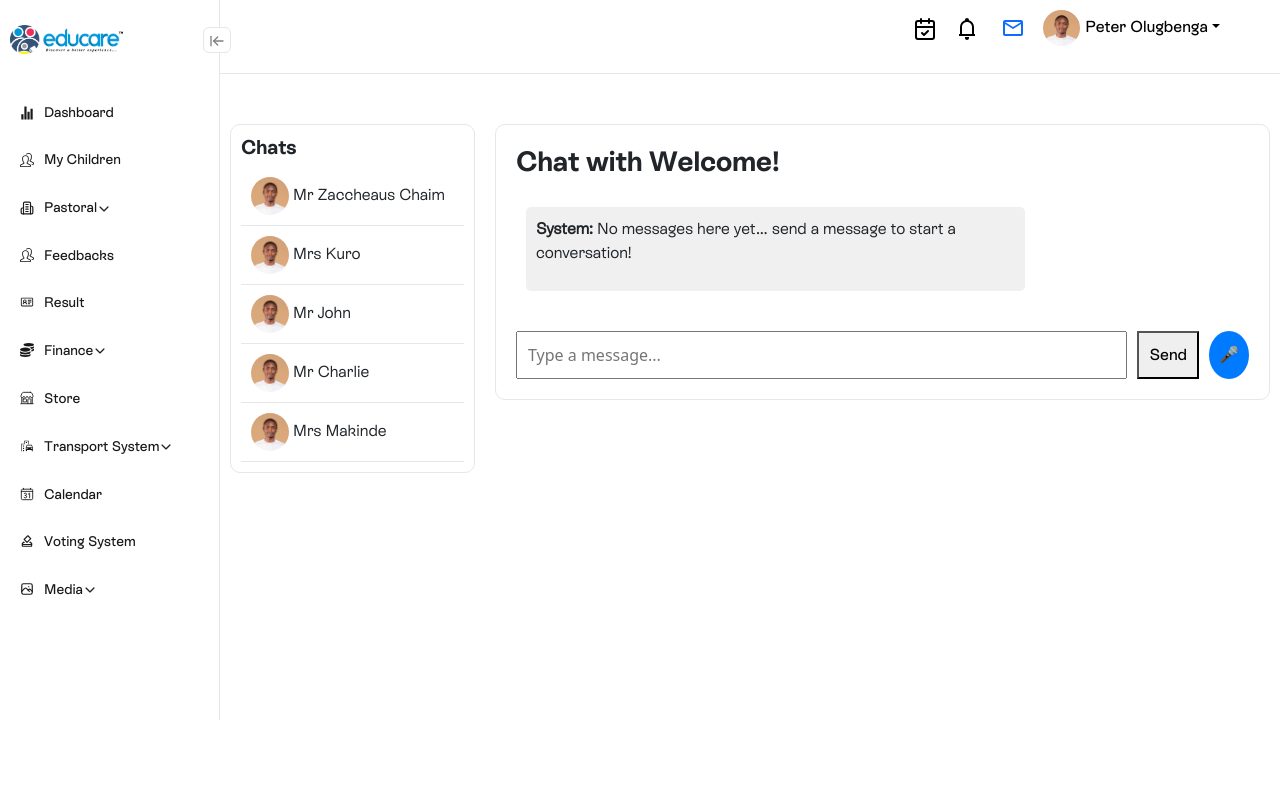
Repository: sarahnnanyelugo/educare-dashboards
Page: /chat-interface
These files come from the project's save history. The page is drawn as it stood at one moment and after a run of saves; the edit follows.
The browser window is 1280 px wide. The pictures show the whole page.
The project was rebuilt for these pictures with package versions that can differ from the ones it lists, and the page was loaded fresh each time. Also part of the build but not shown: src/Dashboards/Parents/Feedbacks/feedbacks.scss, src/components/AppTable/table.scss, src/components/AppTable/AppTable.js, src/Utils/DataUtils.js, src/components/Select/select.scss, src/components/Select/Select.js, src/components/Search/search.scss, src/components/Search/Search.js and 50 more.

Above is the page before, as saved 2024-11-27 12:48:46.

### src/App.js
import logo from "./logo.svg";
import "./App.scss";
import "bootstrap/dist/css/bootstrap.min.css";
import { BrowserRouter, Routes, Route, Link, Outlet } from "react-router-dom";
import { ParentsLayout } from "./Layouts/ParentsLayout";
import { MainNews } from "./pages/NewsPage/MainNews/MainNews";
import { NewsPage } from "./pages/NewsPage/NewsPage";
function App() {
  return (
    <>
      {" "}
      <Routes>
        <Route path="/*" element={<ParentsLayout />} />{" "}
        <Route path="news-page" element={<NewsPage />} />
        <Route path="main-news/:blog_id" element={<MainNews />} />
      </Routes>
    </>
  );
}

export default App;

### src/App.scss
.App-link {
  color: #61dafb;
}

@keyframes App-logo-spin {
  from {
    transform: rotate(0deg);
  }
  to {
    transform: rotate(360deg);
  }
}
@font-face {
  font-family: rebondG;
  src: url(./assets/fonts/Rebond_font/RebondG.otf);
}
@font-face {
  font-family: rebondG-Bold;
  src: url(./assets/fonts/Rebond_font/RebondG-Bold.otf);
}
@font-face {
  font-family: rebondG-Semi-Bold;
  src: url(./assets/fonts/Rebond_font/Rebond-semibold.otf);
}
@font-face {
  font-family: rebondG-Medium;
  src: url(./assets/fonts/Rebond_font/RebondGrotesqueMedium.otf);
}
@font-face {
  font-family: rebondBook;
  src: url(./assets/fonts/Rebond_font/RebondG-Book.ttf);
}
@font-face {
  font-family: rebondLight;
  src: url(./assets/fonts/Rebond_font/RebondGLight.otf);
}
@font-face {
  font-family: rebondMI;
  src: url(./assets/fonts/Rebond_font/RebondGrotesqueMediumitalic.otf);
}
p,
small,
link {
  font-family: rebondBook;
}
h1,
h2,
h3,
h4,
h5,
h6 {
  font-family: rebondG-Bold;
}
a {
  font-family: rebondG-Medium;
  text-decoration: none !important;
}
.card {
  border: 1px solid #e7e7e7 !important;
  border-radius: 10px !important;
}
select {
  border: none;
  background: #fff;
  padding: 7px;
  border-radius: 10px;
  width: 95%;
  font-size: 14px !important;
  font-family: rebondBook !important;
}
hr {
  border: solid 1px #c0bebe !important;
}
.app-btn {
  margin-top: 30px;
  border: solid 1px #e7e7e7;
  border-radius: 36px;
  background: #0098da;
  color: #fff;
  font-family: rebondBook;
  padding: 5px 20px;
  margin-left: 10px;
}
button {
  font-family: rebondG-Medium !important;
}
.page-session {
  border: solid 1px #e7e7e7;
  padding: 20px;
  border-radius: 10px;
  margin-top: 30px;
}

### src/components/TopNav/TopNav.js
import React from "react";
import "./top-nav.scss";
import { LuCalendarCheck } from "react-icons/lu";
import { CgBell } from "react-icons/cg";
import { MdOutlineEmail } from "react-icons/md";
import Container from "react-bootstrap/Container";
import Nav from "react-bootstrap/Nav";
import Navbar from "react-bootstrap/Navbar";
import Icon5 from "../../assets/images/peter.png";
import { FaRegUser } from "react-icons/fa";

import Dropdown from "react-bootstrap/Dropdown";
import { IoIosLogOut } from "react-icons/io";
import { Link } from "react-router-dom";

export const TopNav = () => {
  return (
    <div className="top-nav-container">
      <ul className="list-inline">
        <li className="list-inline-item">
          <div className="profile-drop profile-drop2">
            <Dropdown>
              <Dropdown.Toggle>
                <LuCalendarCheck style={{ fontSize: "24px" }} />
              </Dropdown.Toggle>

              <Dropdown.Menu>
                <Dropdown.Item href="/dashboard-selector">
                  <h6>Unapproved Results</h6>
                </Dropdown.Item>
                <hr />
              </Dropdown.Menu>
            </Dropdown>
          </div>
        </li>
        <li className="list-inline-item">
          <div className="profile-drop profile-drop2">
            <Dropdown>
              <Dropdown.Toggle>
                <CgBell style={{ fontSize: "24px" }} />
              </Dropdown.Toggle>

              <Dropdown.Menu>
                <Dropdown.Item href="/dashboard-selector">
                  <h6>Notifications</h6>
                </Dropdown.Item>
                <hr />
              </Dropdown.Menu>
            </Dropdown>
          </div>
        </li>{" "}
        <li className="list-inline-item">
          <Link to={"/chat-interface"}>
            {" "}
            <MdOutlineEmail style={{ fontSize: "24px" }} />
          </Link>
        </li>
        <li className="list-inline-item">
          <div className="profile-drop">
            <Dropdown>
              <Dropdown.Toggle>
                <img src={Icon5} width="37px" />
                Peter Olugbenga
              </Dropdown.Toggle>

              <Dropdown.Menu>
                <Dropdown.Item href="/dashboard-selector">
                  <h6> Peter Olugbenga</h6>
                  <small>olasunkanifiness@gmail.com</small>
                </Dropdown.Item>
                <hr />
                <Dropdown.Item>
                  <FaRegUser style={{ marginRight: "10px" }} />
                  Profile
                </Dropdown.Item>
                <Dropdown.Item>
                  <IoIosLogOut style={{ marginRight: "10px" }} />
                  Sign out
                </Dropdown.Item>
              </Dropdown.Menu>
            </Dropdown>
          </div>
        </li>
      </ul>
    </div>
  );
};

### src/components/TopNav/ChatInterface/ChatInterface.js
import React, { useState } from "react";
import { ChatWindow } from "./ChatWindow";
import Contacts from "./Contacts";
import { contacts, messages } from "../../../TestData/chatContactData";

const ChatInterface = () => {
  const [selectedContactId, setSelectedContactId] = useState(null);

  // Default message for when no contact is selected
  const defaultMessages = [
    {
      sender: "System",
      text: "No messages here yet… send a message to start a conversation!",
    },
  ];

  const currentMessages = selectedContactId
    ? messages[selectedContactId]
    : defaultMessages;
  const currentContactName = selectedContactId
    ? contacts.find((c) => c.id === selectedContactId).name
    : "Welcome!";

  return (
    <div className="chat-interface">
      <Contacts
        contacts={contacts}
        onSelectContact={setSelectedContactId}
        activeContactId={selectedContactId}
      />
      <ChatWindow
        messages={currentMessages}
        selectedContact={currentContactName}
      />
    </div>
  );
};

export default ChatInterface;

### src/components/TopNav/top-nav.scss
.top-nav-container {
  height: 74px;
  border-bottom: solid 1px #e4e7ec;
  //   padding-top: 20px;
  padding-right: 50px;
  ul {
    float: right;
    li {
      margin: 10px;
    }
  }
  .profile-drop {
    .btn {
      padding: 0;
      background: #fff !important;
      border: none !important;
      color: #000;
      font-family: rebondG-Medium;
      font-size: 16px;
      img {
        border-radius: 100%;
        margin-right: 5px;
      }
    }
    .dropdown-menu {
      border: solid 1px #d0d5dd;
      font-family: montM;
      box-shadow: 0px 1px 3px #1018281a;
      border: 1px solid #e4e7ec;
      border-radius: 10px;
      min-height: 150px;
      width: 230px !important;
      padding: 5px 10px;
      font-size: 14px;
      a {
        padding: 10px;
      }
      h6 {
        margin-bottom: 0;
      }
      small {
        color: #9d9ea1;
        font-size: 12px;
      }
      hr {
        border: solid 1px #d0d5dd;
        margin-top: 0;
        margin-bottom: 0;
      }
    }
  }
}
.profile-drop2 {
  .dropdown-toggle::after {
    display: none;
  }
}

### src/components/SideNav/SidebarData.js
import React from "react";
import * as FaIcons from "react-icons/fa";
import * as AiIcons from "react-icons/ai";
import * as IoIcons from "react-icons/io";

export const SidebarData = [
  {
    name: "Dashboard",
    icon: "IoStatsChartSharp",
    url: "/",
  },
  {
    name: "My Children",
    icon: "SlPeople",
    url: "/my-children",
  },
  {
    name: "Pastoral",
    icon: "LuBuilding2",
    url: "/pastoral",
    accordion: true,
    accordionContent: [
      { name: "Pastoral Report", url: "/pastoral-report" },
      { name: "Exeat Requests", url: "/exeat-requests" },
      { name: "Hostel Report", url: "/hostel-report" },
    ],
  },
  {
    name: "Feedbacks",
    icon: "SlPeople",
    url: "/feedbacks",
  },
  {
    name: "Result",
    icon: "LiaIdCardSolid",
    url: "/result",
  },
  {
    name: "Finance",
    icon: "FaCoins",
    url: "/finance",
    accordion: true,
    accordionContent: [
      { name: "Wallet", url: "/wallet" },
      { name: "Pocket Money", url: "/pocket-money" },
      { name: "Invoices", url: "/invoices" },
      { name: "Transaction History", url: "/transaction-history" },
    ],
  },
  {
    name: "Store",
    icon: "IoStorefrontOutline",
    url: "/store",
  },
  {
    name: "Transport System",
    icon: "MdOutlineEmojiTransportation",
    accordion: true,
    accordionContent: [
      { name: "Bus", url: "/transport-system" },
      { name: "Pickup", url: "/pickup" },
    ],
  },
  {
    name: "Calendar",
    icon: "IoCalendarNumberOutline",
    url: "/calendar",
  },
  {
    name: "Voting System",
    icon: "MdOutlineHowToVote",
    url: "/voting-system",
  },
  {
    name: "Media",
    icon: "TbPhoto",

    accordion: true,
    accordionContent: [
      { name: "Photo Journals", url: "/photo-journals" },
      { name: "Tagged Posts", url: "/tagged-posts" },
    ],
  },
];

### src/components/SideNav/side-nav.scss
.side-nav-div {
  background: rgb(255, 255, 255);
  padding: 0 !important;

  .nav-inner {
    padding: 25px 5px 5px 10px;
    display: flex;
    align-items: center;
  }
  border-right: 1px solid #e7e7e7;
  a {
    color: #191919;
    font-size: 14px;

    border-radius: 6px;
  }
  ul {
    // background: red;
    li {
      margin: 5px 15px !important;
      padding: 8px 10px 8px 5px;
      &:hover {
        border-radius: 6px;

        background: #fafafa;
      }
    }
  }
  .list-group-item {
    margin: 5px 15px !important;
    padding: 8px 10px 8px 5px;
    border: none;
    &:hover {
      border-radius: 6px;

      background: #fafafa;
    }
  }
  ol {
    // background: red;
    li {
      &:hover {
        background: #fafafa;
        border-radius: 6px;
      }
    }
  }
  .accordion-button {
    padding: 3px 0 3px 0px !important;
    margin-left: 0 !important;
    font-size: 14px;
    font-family: rebondG-Medium !important;

    background: transparent !important;
    width: 100% !important;
  }
  .accordion-body {
    border-left: 1px solid #e7e7e7;
    margin-top: 20px;
    padding: 0 !important;
    ol {
      li {
        font-size: 10px;
      }
    }
  }
  .accordion-button:not(.collapsed) {
    border-bottom: 0 !important;
    width: 100% !important;
  }
  .accordion-button::after {
    display: none;
  }
  .accordion-item {
    border: none !important;
  }
  .active-link {
    color: #0098da; /* Change to your desired active link color */
    font-weight: bold;
    padding: 8px 10px 8px 5px;
    font-size: 14px;
    background-color: #e6f7ff;
    width: 100% !important;
  }
}
.link-span {
  width: 100% !important;
}

### src/components/TopNav/ChatInterface/ChatWindow.js
import React, { useState, useEffect } from "react";
import "./chat.scss";
const formatTime = (date) => {
  const hours = date.getHours();
  const minutes = date.getMinutes();
  const ampm = hours >= 12 ? "PM" : "AM";
  const formattedHours = hours % 12 || 12; // Convert 24-hour to 12-hour
  const formattedMinutes = minutes < 10 ? "0" + minutes : minutes;
  return `${formattedHours}:${formattedMinutes} ${ampm}`;
};
export const ChatWindow = ({ messages, selectedContact }) => {
  const [chatMessages, setChatMessages] = useState([]);
  const [newMessage, setNewMessage] = useState("");
  const [recording, setRecording] = useState(false);
  const [mediaRecorder, setMediaRecorder] = useState(null);
  const [audioChunks, setAudioChunks] = useState([]);
  useEffect(() => {
    setChatMessages(messages);
  }, [messages]);
  useEffect(() => {
    console.log(audioChunks);
  }, [audioChunks]);
  const handleSend = () => {
    if (newMessage.trim()) {
      // Get the current time when the message is sent
      const currentTime = formatTime(new Date());

      const newChatMessage = {
        sender: "You",
        text: newMessage,
        time: currentTime,
      };

      // Add the new message to the chat messages
      setChatMessages((prevMessages) => [...prevMessages, newChatMessage]);

      // Clear the input box after sending the message
      setNewMessage("");
    }
  };
  const handleStartRecording = async () => {
    try {
      const stream = await navigator.mediaDevices.getUserMedia({ audio: true });
      console.log("Microphone access granted.");

      const recorder = new MediaRecorder(stream);
      const chunks = [];

      recorder.ondataavailable = (event) => {
        if (event.data.size > 0) {
          console.log("Audio chunk received:", event.data);
          chunks.push(event.data);
        }
      };

      recorder.onstop = () => {
        if (chunks.length > 0) {
          console.log("Recording stopped. Creating audio blob...");
          const audioBlob = new Blob(chunks, { type: "audio/webm" });
          const audioUrl = URL.createObjectURL(audioBlob);

          // Add audio message to the chat
          const currentTime = formatTime(new Date());
          setChatMessages((prevMessages) => [
            ...prevMessages,
            {
              sender: "You",
              text: null,
              audio: audioUrl,
              time: currentTime,
            },
          ]);
        } else {
          console.error("No audio data captured.");
        }
      };

      recorder.start();
      console.log("Recording started.");
      setMediaRecorder(recorder);
      setRecording(true);
    } catch (error) {
      console.error("Error accessing microphone:", error);
      alert("Microphone access is required for voice recording.");
    }
  };
  const handleStopRecording = () => {
    if (mediaRecorder) {
      mediaRecorder.stop();
      setRecording(false);
    }
  };

  return (
    <div className="col-md-9 cover">
      {" "}
      <div className="chat-window card col-md-12">
        <h3>Chat with {selectedContact}</h3>
        <div className="message-list">
          {chatMessages.map((msg, index) => (
            <div
              key={index}
              className={`message ${
                msg.sender === "You" ? "sent" : "received"
              }`}
            >
              {msg.text ? (
                <p>
                  <strong>{msg.sender}:</strong> {msg.text}
                </p>
              ) : (
                <audio controls>
                  <source src={msg.audio} type="audio/webm" />
                </audio>
              )}
              <span className="message-time">{msg.time}</span>
            </div>
          ))}
        </div>
        <div className="input-box">
          <input
            type="text"
            value={newMessage}
            onChange={(e) => setNewMessage(e.target.value)}
            placeholder="Type a message..."
          />
          <button onClick={handleSend}>Send</button>
          <button
            onClick={recording ? handleStopRecording : handleStartRecording}
            className={`record-button ${recording ? "recording" : ""}`}
          >
            🎤
          </button>
        </div>
      </div>
    </div>
  );
};

### src/components/TopNav/ChatInterface/Contacts.js
import React from "react";
const Contacts = ({ contacts, onSelectContact, activeContactId }) => {
  return (
    <div className="col-md-3 cover">
      {" "}
      <div className="chat-contacts card col-md-12">
        <h5>Chats</h5>
        <ul>
          {contacts.map((contact) => (
            <li
              key={contact.id}
              className={contact.id === activeContactId ? "active" : ""}
              onClick={() => onSelectContact(contact.id)}
            >
              <img src={contact.profilePicture} width="38px" height="38px" />{" "}
              {contact.name}
            </li>
          ))}
        </ul>
      </div>
    </div>
  );
};

export default Contacts;

### src/TestData/chatContactData.js
import Img1 from "../assets/images/peter.png";

export const contacts = [
  { id: 1, name: "Mr Zaccheaus Chaim", profilePicture: Img1 },
  { id: 2, name: "Mrs Kuro", profilePicture: Img1 },
  { id: 3, name: "Mr John", profilePicture: Img1 },
  { id: 4, name: "Mr Charlie", profilePicture: Img1 },
  { id: 5, name: "Mrs Makinde", profilePicture: Img1 },
];

export const messages = {
  1: [
    { sender: "Mr Zaccheaus Chaim", text: "Hi there!" },
    { sender: "You", text: "Hello Alice!" },
  ],
  2: [
    { sender: "Mrs Kuro", text: "How are you?" },
    { sender: "You", text: "I'm good, thanks!" },
  ],
  3: [
    { sender: "Mr John", text: "Hey, long time no see!" },
    { sender: "You", text: "Yeah, it's been a while." },
  ],

  4: [
    { sender: "Mr Charlie", text: "Hey, long time no see!" },

    { sender: "You", text: "Yeah, it's been a while." },
  ],
  5: [
    { sender: "Mrs Makinde", text: "Hey, long time no see!" },
    { sender: "You", text: "Yeah, it's been a while." },
  ],
};

### src/components/TopNav/ChatInterface/chat.scss
.chat-interface {
  display: flex;
  width: 100%;
  height: 600px;
  height: 100vh;
}
.chat-contacts {
  //   width: 25%;
  background-color: #fff;
  padding: 10px;
  border-right: 1px solid #ddd;
  margin-top: 40px;
  img {
    border-radius: 100%;
  }
  ul {
    list-style: none;
    padding: 0;
    margin: 0;
  }
  li {
    padding: 10px;
    cursor: pointer;

    font-family: rebondBook;
    border-bottom: solid 1px #e7e7e7;
    &:hover {
      background-color: #f0f0f0;
    }
  }
}
.chat-contacts li.active {
  background-color: #0098da;
  color: white;
  font-weight: bold;
  border-radius: 12px;
}
.chat-window {
  padding: 20px;
  display: flex;
  flex-direction: column;
  margin-top: 40px;
}

.message-list {
  flex: 1;
  overflow-y: auto;
  margin-bottom: 10px;
}

.message {
  padding: 10px;
  margin-bottom: 5px;
}

.message.sent {
  align-self: flex-end;
  background-color: #e1ffc7;
}

.message.received {
  align-self: flex-start;
  background-color: #f0f0f0;
}

.input-box {
  display: flex;
}

.input-box input {
  flex: 1;
  padding: 10px;
}

.input-box button {
  padding: 10px;
}
.no-messages {
  text-align: center;
  color: #888;
  font-style: italic;
  margin: 20px 0;
}
.message {
  margin: 10px 0;
  padding: 10px;
  border-radius: 5px;
  max-width: 70%;
}

.message.sent {
  background-color: #e1ffc7;
  align-self: flex-end;
  text-align: right;
}

.message.received {
  background-color: #f0f0f0;
  align-self: flex-start;
  text-align: left;
}

.message-list {
  display: flex;
  flex-direction: column;
  gap: 10px;
  overflow-y: auto;
  padding: 10px;
  flex: 1;
  //   max-height: 400px; /* Adjust based on your layout */
}

.input-box {
  display: flex;
  gap: 10px;
  margin-top: 10px;
}
/* Recording button styles */
.record-button {
  background-color: #007bff;
  color: white;
  border: none;
  padding: 10px;
  border-radius: 50%;
  cursor: pointer;
}

.record-button.recording {
  background-color: #ff4d4d;
  animation: pulse 1s infinite;
}

@keyframes pulse {
  0% {
    transform: scale(1);
  }
  50% {
    transform: scale(1.1);
  }
  100% {
    transform: scale(1);
  }
}
.cover {
  padding: 10px;
  height: 600px;
  height: 100vh;
}

Loaded but not shown: public/index.html (common file); src/index.js (common file); src/index.css (common file); src/reportWebVitals.js (common file); src/components/SideNav/SideNav.js (225 lines, source omitted); src/Layouts/ParentsLayout.js (59 lines, source omitted); src/Dashboards/Parents/TransportSystem/transport-system.scss (no stored copy; drawn as an empty file)

After the next 2 saves:
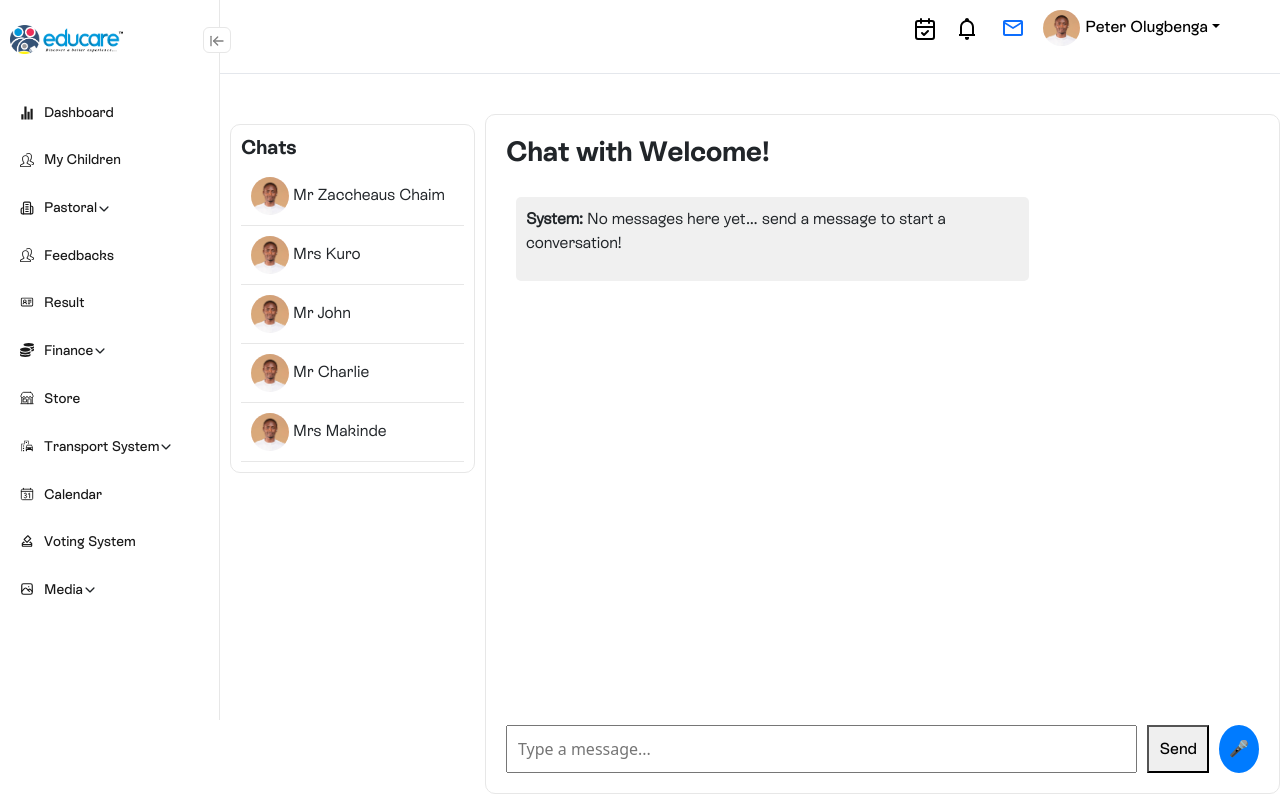
The 2 saves are shown as one change because 1 did not build or start.
The last was saved 30 s later.
--- a/src/components/TopNav/ChatInterface/ChatWindow.js
+++ b/src/components/TopNav/ChatInterface/ChatWindow.js
@@ -92,47 +92,45 @@ export const ChatWindow = ({ messages, selectedContact }) => {
   };
 
   return (
-    <div className="col-md-9 cover">
-      {" "}
-      <div className="chat-window card col-md-12">
-        <h3>Chat with {selectedContact}</h3>
-        <div className="message-list">
-          {chatMessages.map((msg, index) => (
-            <div
-              key={index}
-              className={`message ${
-                msg.sender === "You" ? "sent" : "received"
-              }`}
-            >
-              {msg.text ? (
-                <p>
-                  <strong>{msg.sender}:</strong> {msg.text}
-                </p>
-              ) : (
-                <audio controls>
-                  <source src={msg.audio} type="audio/webm" />
-                </audio>
-              )}
-              <span className="message-time">{msg.time}</span>
-            </div>
-          ))}
-        </div>
-        <div className="input-box">
-          <input
-            type="text"
-            value={newMessage}
-            onChange={(e) => setNewMessage(e.target.value)}
-            placeholder="Type a message..."
-          />
-          <button onClick={handleSend}>Send</button>
-          <button
-            onClick={recording ? handleStopRecording : handleStartRecording}
-            className={`record-button ${recording ? "recording" : ""}`}
+    // <div className="col-md-9 cover">
+
+    <div className="chat-window card col-md-9">
+      <h3>Chat with {selectedContact}</h3>
+      <div className="message-list">
+        {chatMessages.map((msg, index) => (
+          <div
+            key={index}
+            className={`message ${msg.sender === "You" ? "sent" : "received"}`}
           >
-            🎤
-          </button>
-        </div>
+            {msg.text ? (
+              <p>
+                <strong>{msg.sender}:</strong> {msg.text}
+              </p>
+            ) : (
+              <audio controls>
+                <source src={msg.audio} type="audio/webm" />
+              </audio>
+            )}
+            <span className="message-time">{msg.time}</span>
+          </div>
+        ))}
+      </div>
+      <div className="input-box">
+        <input
+          type="text"
+          value={newMessage}
+          onChange={(e) => setNewMessage(e.target.value)}
+          placeholder="Type a message..."
+        />
+        <button onClick={handleSend}>Send</button>
+        <button
+          onClick={recording ? handleStopRecording : handleStartRecording}
+          className={`record-button ${recording ? "recording" : ""}`}
+        >
+          🎤
+        </button>
       </div>
     </div>
+    // </div>
   );
 };
